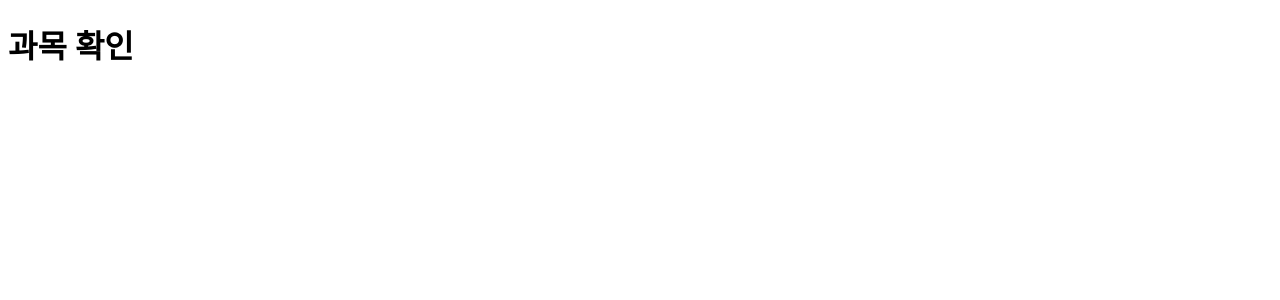
Repository: Jh1227/JSP
Page: http://localhost/12_EL/ex02_param/02_formRes.jsp
An editor plug-in stored every save of this project. The page is shown before and after the next save, followed by the edit.
The browser window is 1280 px wide. The pictures show the whole page.
The page is served by Tomcat 9. Other server files are loaded and not shown.

Above is the page before, as saved 2023-04-10 00:43:56.

### 12_EL/src/main/webapp/ex02_param/02_formRes.jsp

<!-- ex02_param/02_formRes.jsp -->

<%@ page language="java" contentType="text/html; charset=UTF-8"
    pageEncoding="UTF-8"%>
<!DOCTYPE html>
<html>
<head>
<meta charset="UTF-8">
<title>02_formRes.jsp</title>
</head>
<body>
	<h1>과목 확인</h1>
	<br>

</body>
</html>

After the next save:
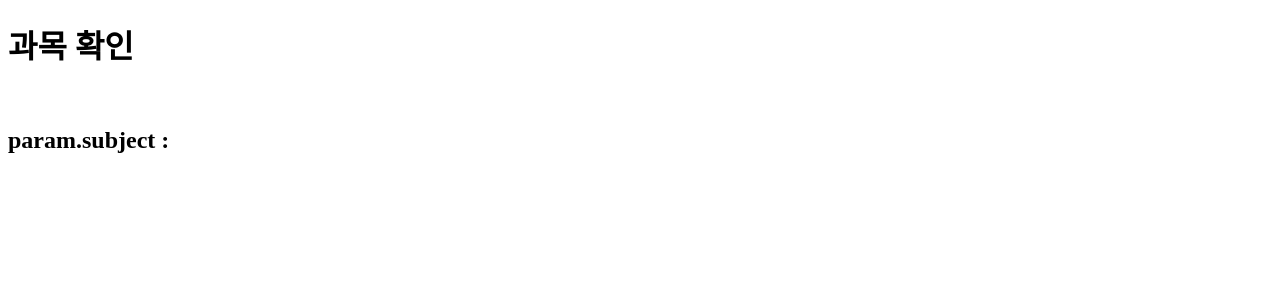
Saved 39 s later.
--- a/12_EL/src/main/webapp/ex02_param/02_formRes.jsp
+++ b/12_EL/src/main/webapp/ex02_param/02_formRes.jsp
@@ -12,6 +12,8 @@
 <body>
 	<h1>과목 확인</h1>
 	<br>
-
+	<h2>
+		param.subject : ${ param.subject }
+	</h2>
 </body>
 </html>
